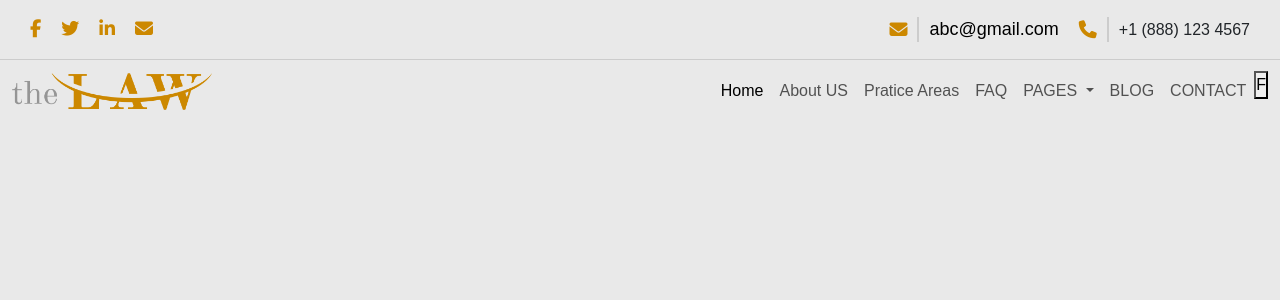
Repository: arehmanraza/lawyer_website
Page: Pages/index.html
The author's editor kept a copy of each file at every save. The page is drawn from the files as they stood at one save, then again after a run of saves.
The browser window is 1280 px wide. The pictures show the whole page.
Some web libraries are served in a nearby version.

Above is the page before, as saved 2024-05-22 01:48:49.

### Pages/index.html
<!DOCTYPE html>
<html lang="en">
  <head>
    <meta charset="utf-8" />
    <meta name="viewport" content="width=device-width, initial-scale=1" />
    <title>The Lawyer</title>
    <link
      rel="stylesheet"
      href="https://pro.fontawesome.com/releases/v5.10.0/css/all.css"
      integrity="sha384-AYmEC3Yw5cVb3ZcuHtOA93w35dYTsvhLPVnYs9eStHfGJvOvKxVfELGroGkvsg+p"
      crossorigin="anonymous"
    />
    <link rel="stylesheet" href="/Styling/style.css" />
    <link
      rel="stylesheet"
      href="https://cdnjs.cloudflare.com/ajax/libs/font-awesome/6.5.2/css/all.min.css"
      integrity="sha512-SnH5WK+bZxgPHs44uWIX+LLJAJ9/2PkPKZ5QiAj6Ta86w+fsb2TkcmfRyVX3pBnMFcV7oQPJkl9QevSCWr3W6A=="
      crossorigin="anonymous"
      referrerpolicy="no-referrer"
    />
    <link
      href="https://cdn.jsdelivr.net/npm/bootstrap@5.3.3/dist/css/bootstrap.min.css"
      rel="stylesheet"
      integrity="sha384-QWTKZyjpPEjISv5WaRU9OFeRpok6YctnYmDr5pNlyT2bRjXh0JMhjY6hW+ALEwIH"
      crossorigin="anonymous"
    />
  </head>
  <body>
    <div class="main-container">


      <!-- ---------------head_top_container start ------------------  -->




      <div class="head_top">
        <div class="head_top_left">
          <ul>
            <li>
              <i class="icon2 fa-brands fa-facebook-f"></i>
            </li>
            <li>
              <i class="icon2 fa-brands fa-twitter"></i>
            </li>
            <li>
              <i class="icon2 fa-brands fa-linkedin-in"></i>
            </li>
            <li>
              <i class="icon2 fa-solid fa-envelope"></i>
            </li>
          </ul>
        </div>
        <div class="head_top_right">
          <ul>
            <li>
              <i class="icon2 fa-solid fa-envelope"></i>
              <p class="border1"></p>
              <span><a class="phoneno" href = "mailto: a.rehman78766@gmail.com">abc@gmail.com</a></span>
            </li>
            <li>
              <i class="icon2 fa-solid fa-phone"></i>
              <p class="border1"></p>
              <span>+1 (888) 123 4567</span>
            </li>

          </ul>
        </div>
      </div>
      <!-- ---------------head_top_container end ------------------  -->






      <!-- ---------------Navbar_container start ------------------  -->


      <nav class="navbar navbar-expand-lg ">
        <div class="container-fluid">
          <a class="navbar-brand" href="#"><img src="/Images/logo.png"  width="200px"></a>
          <button class="navbar-toggler" type="button" data-bs-toggle="collapse" data-bs-target="#navbarSupportedContent" aria-controls="navbarSupportedContent" aria-expanded="false" aria-label="Toggle navigation">
            <span class="navbar-toggler-icon"></span>
          </button>
          <div class="collapse navbar-collapse" id="navbarSupportedContent">
            <ul class="navbar-nav ms-auto mb-2 mb-lg-0">
              <li class="nav-item">
                <a class="nav-link active" aria-current="page" href="#">Home</a>
              </li>
              <li class="nav-item">
                <a class="nav-link" href="#">About US</a>
              </li>
              <li class="nav-item">
                <a class="nav-link" href="#">Pratice Areas</a>
              </li>
              <li class="nav-item">
                <a class="nav-link" href="#">FAQ</a>
              </li>

              <li class="nav-item dropdown">
                <a class="nav-link dropdown-toggle" href="#" role="button" data-bs-toggle="dropdown" aria-expanded="false">
                  PAGES
                </a>
                <ul class="dropdown-menu">
                  <li><a class="dropdown-item" href="#">SHOP</a></li>
                  <li><a class="dropdown-item" href="#">ABOUT 2</a></li>
                  <li><a class="dropdown-item" href="#">CONTACT 2</a></li>
                </ul>
              </li>
              <li class="nav-item">
                <a class="nav-link" href="#">BLOG</a>
              </li>
              <li class="nav-item">
                <a class="nav-link" href="#">CONTACT</a>
              </li>
              <li class="nav-item">
                <button>F</button>
              </li>
            </ul>

          </div>
        </div>
      </nav>





      <!-- ---------------Navbar_container end ------------------  -->





    </div>
    <script
      src="https://cdn.jsdelivr.net/npm/bootstrap@5.3.3/dist/js/bootstrap.bundle.min.js"
      integrity="sha384-YvpcrYf0tY3lHB60NNkmXc5s9fDVZLESaAA55NDzOxhy9GkcIdslK1eN7N6jIeHz"
      crossorigin="anonymous"
    ></script>
  </body>
</html>

### Styling/style.css
*{
    margin: 0;
    padding: 0;
    box-sizing: border-box;
    font-family: Arial, Helvetica, sans-serif, "Montserrat";
}
.main-container{
    background-color: #e9e9e9;
    width: 100%;
    height: 100vh;
    padding: 0px;
}

.head_top {
    width: 100%;
    height: 60px;
    display: flex;
    justify-content: space-between;
    align-items: center; /* Center items vertically */
    border-bottom: 1px solid #ccc;
    padding: 0px 20px;
}

.head_top_left {
    width: 50%;
    display: flex; /* Ensure the left container is also using flexbox */
    align-items: center; /* Center items vertically */
}
.head_top_left ul {
    display: flex;
    list-style: none;
    padding: 0;
    margin: 0;
}
.head_top_left ul li{
    padding: 0px 10px;
}
.head_top_right{
    display: flex;
    align-items: center;
    width: 50%;
}
.head_top_right ul{
    display: flex;
    list-style: none;
    padding: 0;
    margin: 0px 0px 0px auto;

}
.head_top_right ul li{
    padding: 0px 10px;
    display: flex;
    align-items: center;
}
.border1{
    border-left: 2px solid #ccc;

    height: 25px;
    margin: 0px 10px;
}
.icon2{
    color:  #cc8800;
  font-size: large;
}
.phoneno{
    color: black;
    font-size: 18px;
    font-weight: 500;
    text-decoration: none
}

After the next 3 saves:
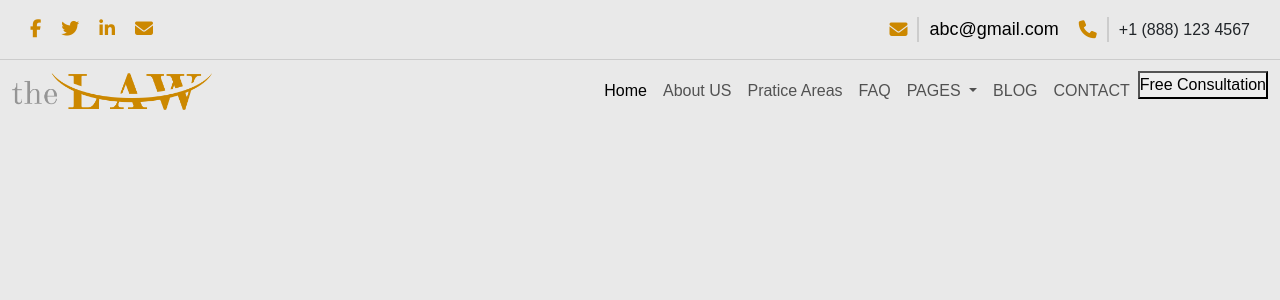
The 3 saves are shown as one change because they came seconds apart.
The last was saved 9 s later.
--- a/Pages/index.html
+++ b/Pages/index.html
@@ -115,7 +115,7 @@
                 <a class="nav-link" href="#">CONTACT</a>
               </li>
               <li class="nav-item">
-                <button>F</button>
+                <button>Free Consultation</button>
               </li>
             </ul>
 
